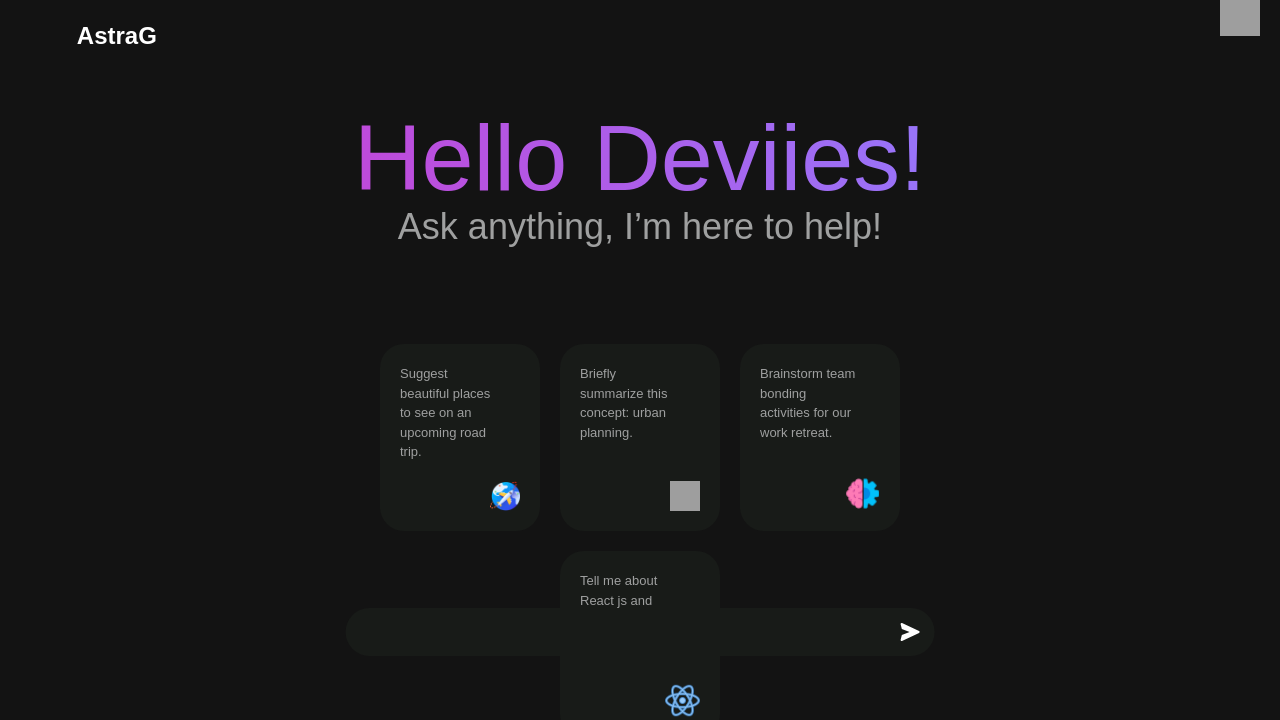
Repository: S-o-b-u/AstraGen1
Page: /
An editor plug-in stored every save of this project. The page is shown before and after a run of saves, followed by the edit.
The browser window is 1280 px wide. The pictures show the whole page.
Pictures or frames that could not be fetched are drawn as grey boxes. The project was rebuilt for these pictures with package versions that can differ from the ones it lists, and the page was loaded fresh each time. Also part of the build but not shown: vite.config.js, src/components/Loader/Loader.jsx, src/components/Sidebar/SIdebar.jsx.

Above is the page before, as saved 2024-11-14 01:31:10.

After the next 3 saves:
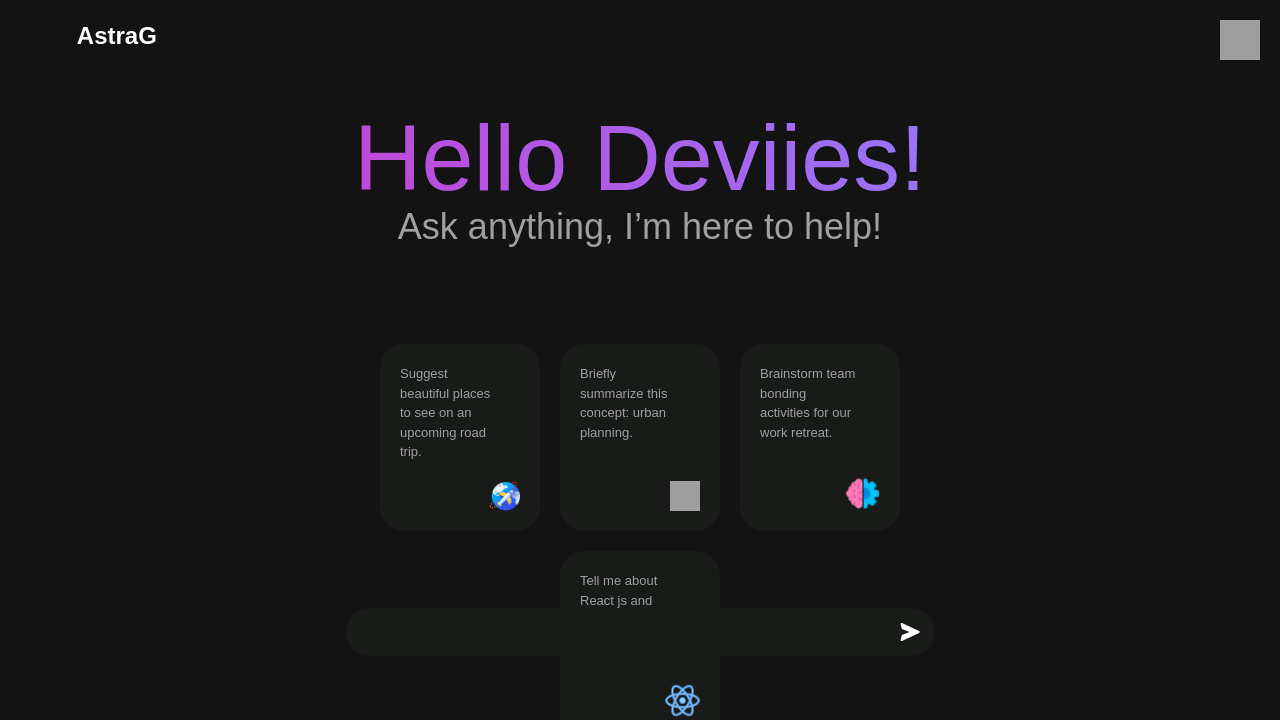
The 3 saves are shown as one change because they came seconds apart.
The last was saved 8 s later.
--- a/src/components/Main/Main.jsx
+++ b/src/components/Main/Main.jsx
@@ -34,7 +34,7 @@ const Main = () => {
             AstraG
           </h1>
           <img
-            className=" absolute right-5 bottom-1 w-[40px] h-[40px]"
+            className=" absolute right-5 w-[40px] h-[40px]"
             src=".\icons\cat.png"
             alt="user"
           />
